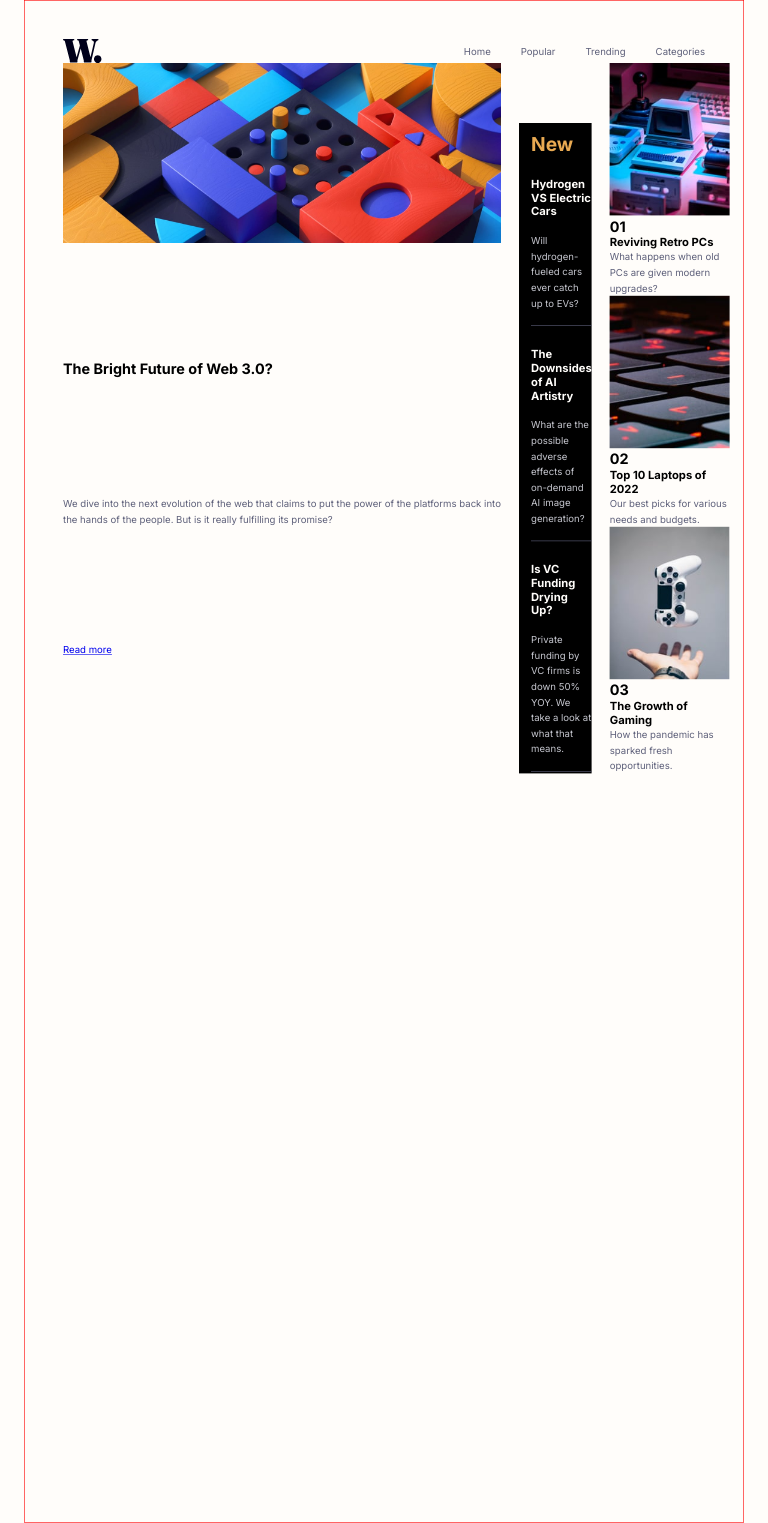
Repository: Arkitecth/news-webpage
Page: index.html
The author's editor kept a copy of each file at every save. The page is drawn from the files as they stood at one save, then again after the next save.
The browser window is 1280 px wide. The pictures show the whole page, at 60% of full size.

Above is the page before, as saved 2023-06-07 20:27:46.

### index.html
<!DOCTYPE html>
<html lang="en">
<head>
  <meta charset="UTF-8">
  <meta name="viewport" content="width=device-width, initial-scale=1.0"> <!-- displays site properly based on user's device -->
  <title>News homepage</title>
  <link rel="stylesheet" media="screen and (max-width:1440px)"href="style.css">
  <link rel="stylesheet" media="screen and (min-width:320px) and (max-width:768px)" href="mobile.css">
</head>
<body>
  <main>
    <nav class="flex-container">
      <img class="logo" src="assets/images/logo.svg" alt="logo">
      <div class="hamburger-menu">
        <img class="icon-menu" src="assets/images/icon-menu.svg" alt="icon-menu">
          <ul class="menu-items">
            <li><a href="#"> Home </a> </li>
            <li><a href="#"> Popular </a></li>
            <li><a href="#">Trending </a></li>
            <li><a href="#">Categories</a></li>
          </ul>
      </div>
    </nav>

    <div class="showcase">
      <section class="showcase-card">
        <img class="background-image" src="assets/images/image-web-3-mobile.jpg" alt="background-image">
        <h1>The Bright Future of Web 3.0? </h1>
        <p> We dive into the next evolution of the web that claims to put the power of the platforms back into the hands of the people.
          But is it really fulfilling its promise? </p>
        <a class="primary-btn" href="#">Read more </a>
      </section>

      <section class="news-card">
        <h2>New</h2>
        <article>
          <h3>Hydrogen VS Electric Cars</h3>
          <p>Will hydrogen-fueled cars ever catch up to EVs?  </p>
        </article>

        <article>
          <h3>The Downsides of AI Artistry </h3>
          <p>What are the possible adverse effects of on-demand AI image generation?</p>
        </article>
        <article>
          <h3>Is VC Funding Drying Up?</h3>
          <p>Private funding by VC firms is down 50% YOY. We take a look at what that means.</p>
        </article>
    </section>

    <section class="game-card">
      <article>
        <img src="assets/images/image-retro-pcs.jpg" alt="image-retro-pcs">
        <div class="game-content">
          <h2>01</h2>
          <h3>Reviving Retro PCs</h3>
          <p>What happens when old PCs are given modern upgrades?</p>
        </div>
      </article>

      <article>
        <img src="assets/images/image-top-laptops.jpg" alt="image-top-laptops">
        <div class="game-content">
          <h2>02</h2>
          <h3>Top 10 Laptops of 2022</h3>
          <p>Our best picks for various needs and budgets.</p>
        </div>
      </article>

      <article>
        <img src="assets/images/image-gaming-growth.jpg" alt="image-top-laptops">
        <div class="game-content">
          <h2>03</h2>
          <h3>The Growth of Gaming</h3>
          <p>How the pandemic has sparked fresh opportunities.</p>
        </div>
      </article>

    </section>

    </div>
  </main>
<script src="script.js"></script>

</body>
</html>

### style.css
@import url('https://fonts.googleapis.com/css2?family=Inter:wght@400;700;800&display=swap');

:root {
    --dark-primary: #00001A;
    --dark-secondary:#5E607A;
    --almost-white:#FFFDFA;
    --primary-color:#F15D51;
    --list-color:#5E607A
}

/* Main Styling */
* {
    margin: 0;
    padding: 0;
    box-sizing: border-box;
}


p {
    color: #5E607A;
    line-height: 26px;
}

body {
    font-family: 'Inter', sans-serif;
    background: #FFFDFA;
}

main {
    max-width: 1200px;
    margin: auto;
    padding: 4rem 4rem;
    overflow: hidden;
    border: 1px solid red;
}

/* .showcase {
    display: grid;
    grid-template-columns: 1fr 1fr;
    grid-template-rows: 1fr 1fr 1fr;
} */

.icon-menu {
    display: none;
}

.flex-container {
    display: flex;
    justify-content: space-between;
    align-items: center;
}

.menu-items li  {
    list-style-type: none;
}
.menu-items {
    display: flex;
    justify-content: space-evenly;
    gap: 50px;
}
.menu-items li a {
    color: var(--list-color);
    text-decoration: none;
}

.menu-items li a:hover {
    color: var(--primary-color);
}

.background-image {
    content: url("assets/images/image-web-3-desktop.jpg");
    width: 730px;
}

/* Showcase */

.showcase {
    display: grid;
    grid-template-columns: 1fr 1fr 1fr;
    grid-template-rows: 1fr 1fr;
}

.showcase-card {
    display: grid;
}
.news-card {
    display: grid;
    justify-content: center;
    background-color: black;
    color: #FFFDFA;
    margin: 100px 30px 0 30px;
    padding-left: 20px;
}

.news-card h2 {
    color: #E9AA52;
    font-size: 2rem;
    padding-top: 1rem;
}

.news-card article h3 {
    padding-bottom: 1.5rem;
    padding-top: 2rem;
}

.news-card article p {
    padding-bottom: 1.5rem;
    border-bottom: 1px solid #5E607A;
    color: #C5C6CE;
}

### script.js
const hamburger = document.querySelector(".hamburger-menu");
const iconMenu = document.querySelector(".icon-menu");
const menuItems = document.querySelector(".menu-items");
const backgroundImage = document.querySelector(".background-image");

const body = document.querySelector("body");
iconMenu.addEventListener("click", () => {
    hamburger.classList.toggle("menu-box");
    iconMenu.classList.toggle("toggle-icon");
    menuItems.classList.toggle("toggle-menu-items");
    body.classList.toggle("toggle-dark");
    backgroundImage.classList.toggle("toggle-background-brightness");
})
iconMenu.src = "assets/images/icon-menu.svg";

### mobile.css
:root {
    --dark-primary: #00001A;
    --dark-secondary:#5E607A;
    --almost-white:#FFFDFA;
    --primary-color:#F15D51;
}
main {
    display: grid;
    grid-template-rows: auto auto auto auto;
}

.flex-container {
    display: flex;
    justify-content: space-between;
    align-items: center;
}

.container {
    margin: 1.25rem;
}

.logo {
    margin: 1.25rem;
}


/* Menu and Nav */
.icon-menu {
    display: block;
}
.menu-items {
    list-style-type: none;
    display: none;
    font-size: 1.125rem;
}

.menu-items li {
    padding: 20px;
}


.menu-items li a {
    text-decoration: none;
    color: #00001A;

}


.hamburger-menu {
    margin: 20px;
}

.toggle-dark {
    background-color: rgba(18, 23, 37, 0.6);
}

.menu-box {
    position: absolute;
    margin: 0;
    top: 0;
    right: 0;
    height: 100vh;
    width: 40vh;
    background-color: var(--almost-white);
    z-index: 1;
}


.toggle-icon {
    content: url("assets/images/icon-menu-close.svg");
    padding-top: 20px;
    margin-left: 80%;
}

.toggle-menu-items {
    display: block;
    padding: 20px;
}

.toggle-background-brightness {
    filter: brightness(50%);
}

.showcase {
    display: block;
}

/* Showcase Card */

.background-image {
    width: 343px;
}

.showcase-card {
    display: grid;
    grid-template-rows: repeat(1fr 1fr 1fr 1fr);
    align-content: center;
    justify-content: center;
}

.showcase-card h1 {
    font-size: 2.5rem;
    font-weight: 800;
    width: 21.4375rem;
    padding: 1rem 0 1rem 0;
}

.showcase-card p {
    width: 21.4375rem;
}

.primary-btn {
    margin-top: 20px;
}

.primary-btn {
    text-decoration: none;
    text-transform: uppercase;
    background-color: var(--primary-color);
    color: var(--almost-white);
    width: 185px;
    height: 48px;
    font-weight: 700;
    font-size: 14px;
    text-align: center;
    padding-top: 15px;
    letter-spacing: 4.38px;
}


.primary-btn:hover {
    background-color: #00001A;
}

/* News Card */
.news-card {
    display: grid;
    justify-content: center;
    background-color: black;
    color: #FFFDFA;
    margin: 100px 30px 0 30px;
    padding-left: 20px;
}

.news-card h2 {
    color: #E9AA52;
    font-size: 2rem;
    padding-top: 1rem;
}

.news-card article h3 {
    padding-bottom: 1.5rem;
    padding-top: 2rem;
}

.news-card article p {
    padding-bottom: 1.5rem;
    border-bottom: 1px solid #5E607A;
    color: #C5C6CE;
}

/* Game Card */

.game-card {
    display: grid;
    grid-template-rows: 1fr 1fr 1fr;
    margin: 100px 30px 0 30px;
    justify-content: center;
    padding-bottom: 100px;
    align-items: center;
    gap:30px
}

.game-card img {
    width: 100px;
    height: 129px;
}

.game-card article {
    display: grid;
    grid-template-columns: auto 1fr;
}

.game-content {
   padding-left: 20px;
}

.game-content h2 {
    color: #C5C6CE;
    font-size: 2rem;
    padding-bottom: 0.5rem;
}

.game-content h3 {
    padding-bottom: 1rem;
}

After the next save:
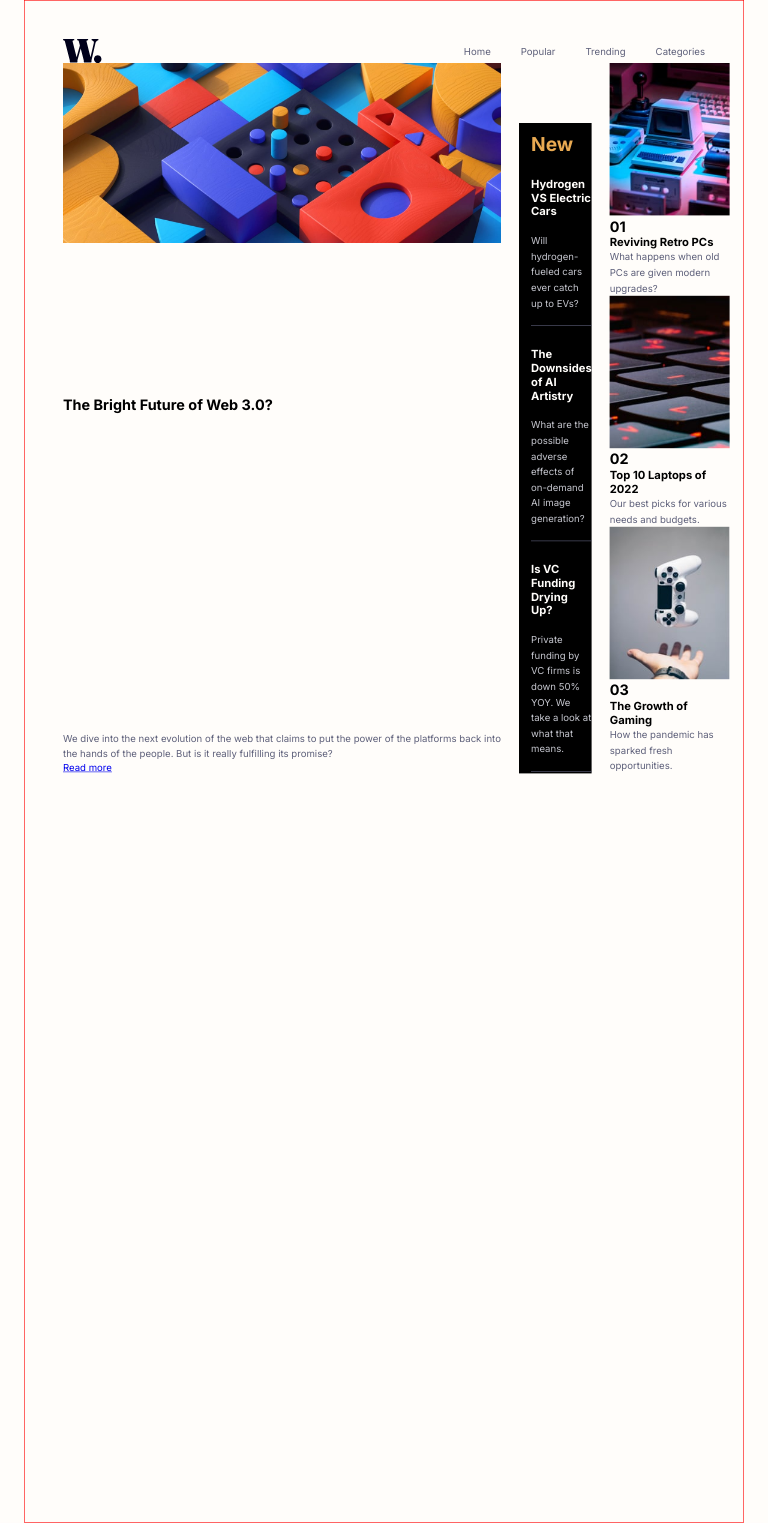
Saved 32 s later.
--- a/style.css
+++ b/style.css
@@ -82,6 +82,7 @@
 
 .showcase-card {
     display: grid;
+    grid-template-rows: 1fr 1fr;
 }
 .news-card {
     display: grid;
